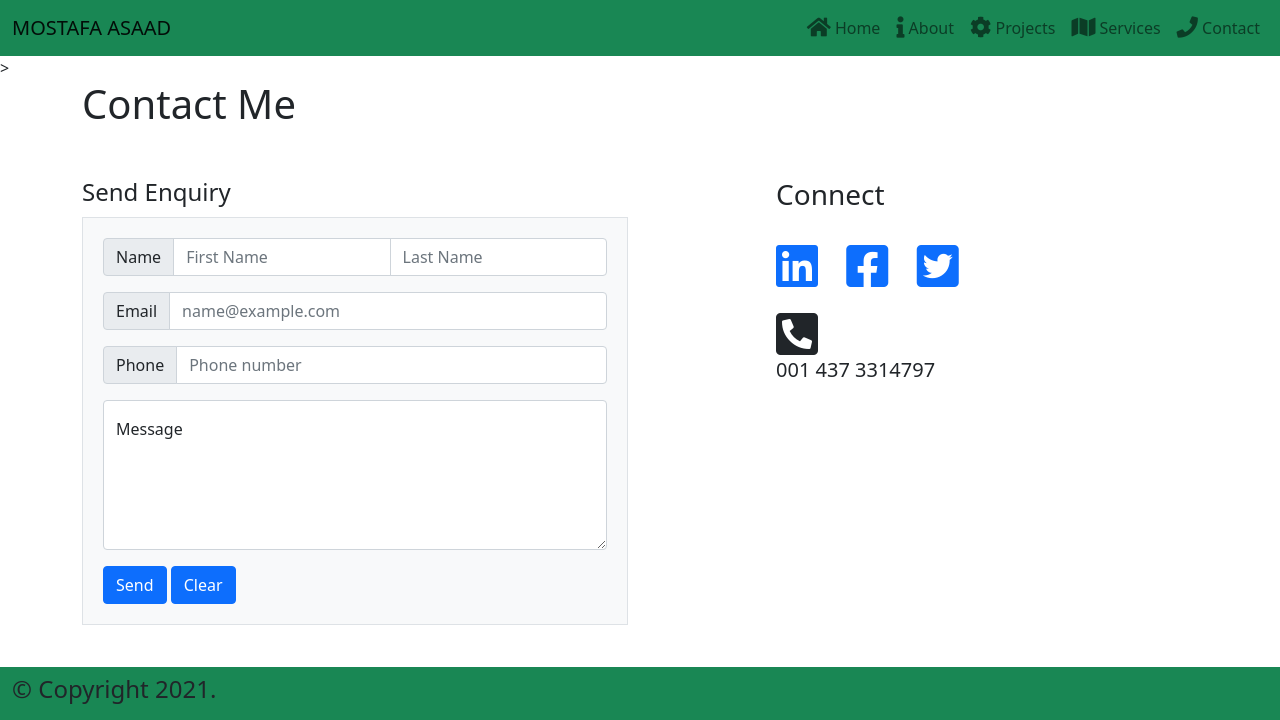
Repository: Mostafa-Asaad/Portfolio
Page: http://localhost/contact
The author's editor kept a copy of each file at every save. The page is drawn from the files as they stood at one save, then again after the next save.
The browser window is 1280 px wide. The pictures show the whole page.
The page is served by the project's Node server (index.js).

Above is the page before, as saved 2021-06-04 17:06:32.

After the next save:
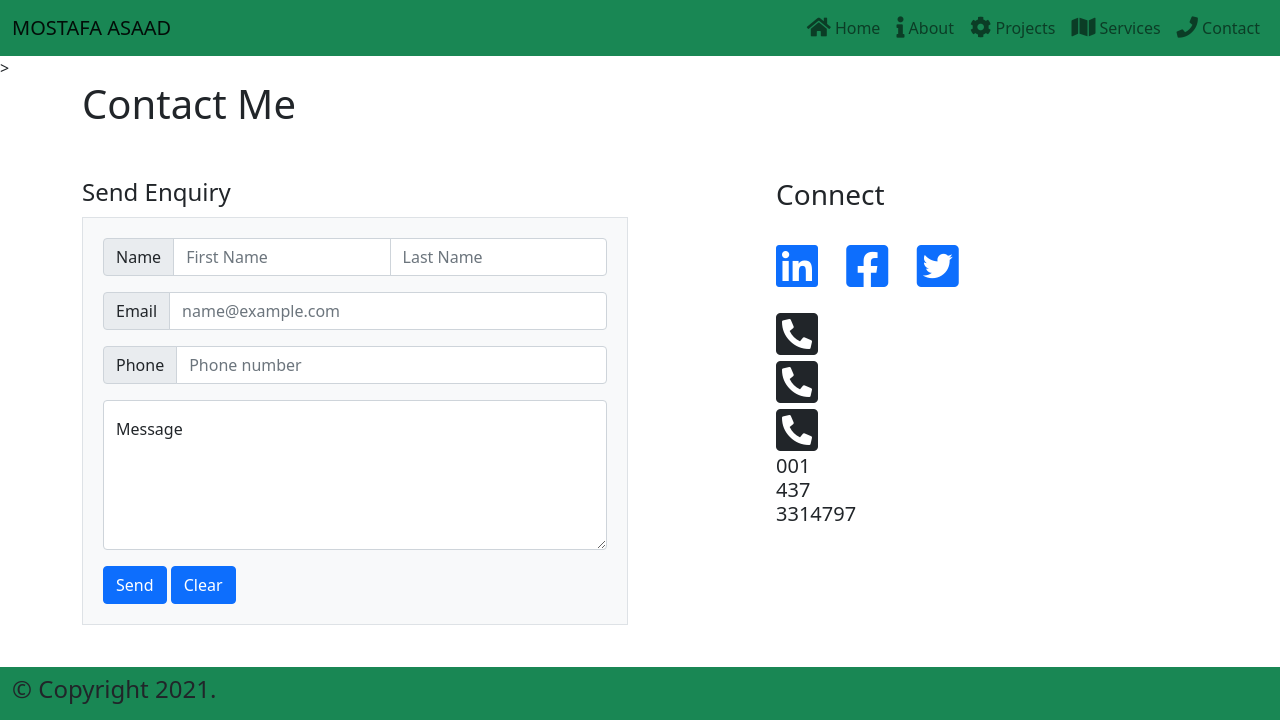
Saved 69 s later.
--- a/Server/Views/content/contact.ejs
+++ b/Server/Views/content/contact.ejs
@@ -60,7 +60,12 @@
             </div>
           </div>
           <div class="row align-items-start" style= "margin-bottom:20px;">
-          <i class="fas fa-phone-square-alt fa-3x"></i><h5>001 437 3314797</h5>
+          <div class="col-2 margin-bottom:30px">
+          <i class="fas fa-phone-square-alt fa-3x">
+          </div>
+          <div class="col-2 margin-bottom:30px">
+          </i><h5>001 437 3314797</h5>
+          </div>
           </div>
         </div>
       </div>
